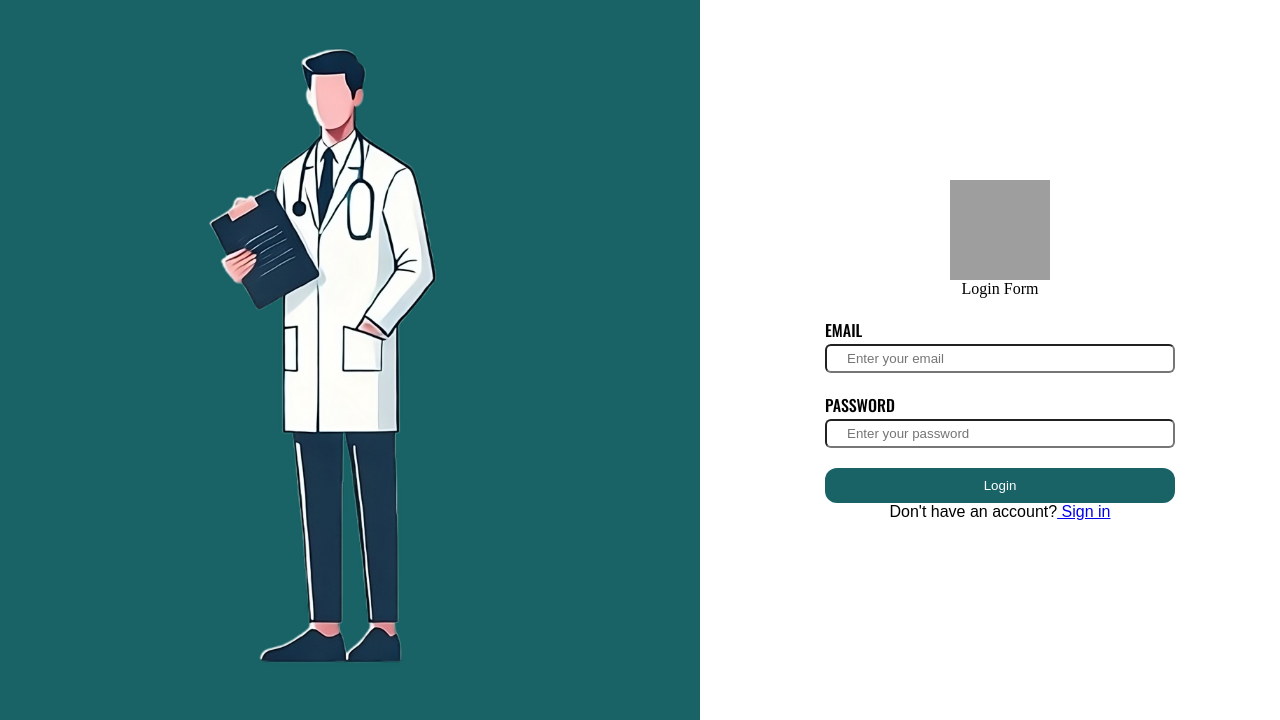
Repository: AriaFantom/Minor-Project
Page: http://localhost/Project/login.jsp
These files come from the project's save history. The page is drawn as it stood at one moment and after the next save; the edit follows.
The browser window is 1280 px wide. The pictures show the whole page.
Pictures or frames that could not be fetched are drawn as grey boxes. Some web fonts or font styles are not loaded; a fallback is used. The page is served by Tomcat 10. Other server files are loaded and not shown.

Above is the page before, as saved 2024-12-01 14:00:06.

### Project/src/main/webapp/login.jsp
<%@ page language="java" contentType="text/html; charset=UTF-8"
    pageEncoding="UTF-8"%>
            <%@page import="java.sql.*" %>

<!DOCTYPE html>
<html lang="en">
<head>
    <meta charset="UTF-8">
    <title>Title</title>
    <link rel="stylesheet" href="css/register.css">
</head>
<body>
<main>
    <div class="aside-form">
        <img src="assets/form-side-vector.png" alt="vector">
    </div>
    <div class="form-section">
     <%
            String success = request.getParameter("success");
            if ("true".equalsIgnoreCase(success)) {
        %>
                <div class="alert alert-success">
                    Registration successfully.
                </div>
        <%
            }
        %>
        <%
            String error = request.getParameter("error");
            if ("true".equalsIgnoreCase(error)) {
        %>
                <div class="alert alert-danger">
                    Account Not Found
                </div>
        <%
            }
        %>
        <img src="assets/icons/logo.png" alt="logo">
        <p>Login Form</p>
        <form  method="post" action="LoginServlet">
            <label for="email">Email</label>
            <input type="email" id="email" name="email" placeholder="Enter your email">
            <label for="password">Password</label>
            <input type="password" id="password" name="password" placeholder="Enter your password">
            <button>Login</button>
        </form>
        <p class="form-footer">Don't have an account?<a href="register.jsp"> Sign in </a></p>
    </div>
</main>
</body>
</html>

### Project/src/main/webapp/css/register.css
@charset "UTF-8";

@import url('https://fonts.googleapis.com/css2?family=Oswald:wght@200..700&display=swap');
@import url('https://fonts.googleapis.com/css2?family=Open+Sans:ital,wght@0,300..800;1,300..800&display=swap');
@import url('https://fonts.googleapis.com/css2?family=DM+Serif+Text:ital@0;1&family=PT+Sans:ital,wght@0,400;0,700;1,400;1,700&display=swap');
* {
    box-sizing: border-box;
    margin: 0;
    padding: 0;
}

body {
    margin: 0;
    padding: 0;

}

main {
    display: grid;
    grid-template-columns: 1fr 1fr;
    gap: 20px;
    justify-content: center;
    align-items: center;
    height: 100vh;
}

.form-footer {
	font-family: 'DM Serif Text', sans-serif;
    margin-bottom: 20px;
}

main img {
    width: 100px;
    height: 100px;
}
.form-section {
    display: flex;
    flex-direction: column;
    justify-content: center;
    align-items: center;
    width: 100%;
}

.form-heading {
    font-family: 'Oswald', sans-serif;
    font-size: 2rem;
    margin-bottom: 20px;
    text-transform: uppercase;
}

form {
    display: flex;
    flex-direction: column;
    justify-content: center;
    width: 350px;
}

form label {
    font-family: 'Oswald', sans-serif;
    margin-top: 20px;
    margin-bottom: 2px;
    font-weight: 500;
    text-transform: uppercase;
}
form input {
    font-family: 'DM Serif Text', sans-serif;
    padding: 5px 20px;
    border-radius: 6px;
}

form button {
    font-family: 'DM Serif Text', sans-serif;
    margin-top: 20px;
    padding: 10px;
    background-color: #196366;
    color: #fff;
    border: none;
    cursor: pointer;
    border-radius: 12px;
}

.aside-form {
    background: #196366;
    height: 100%;
    width: 100%;
    display: flex;
    align-items: center;
    justify-content: center;
}

.aside-form img {
    width: 700px;
    height: 700px;
}

After the next save:
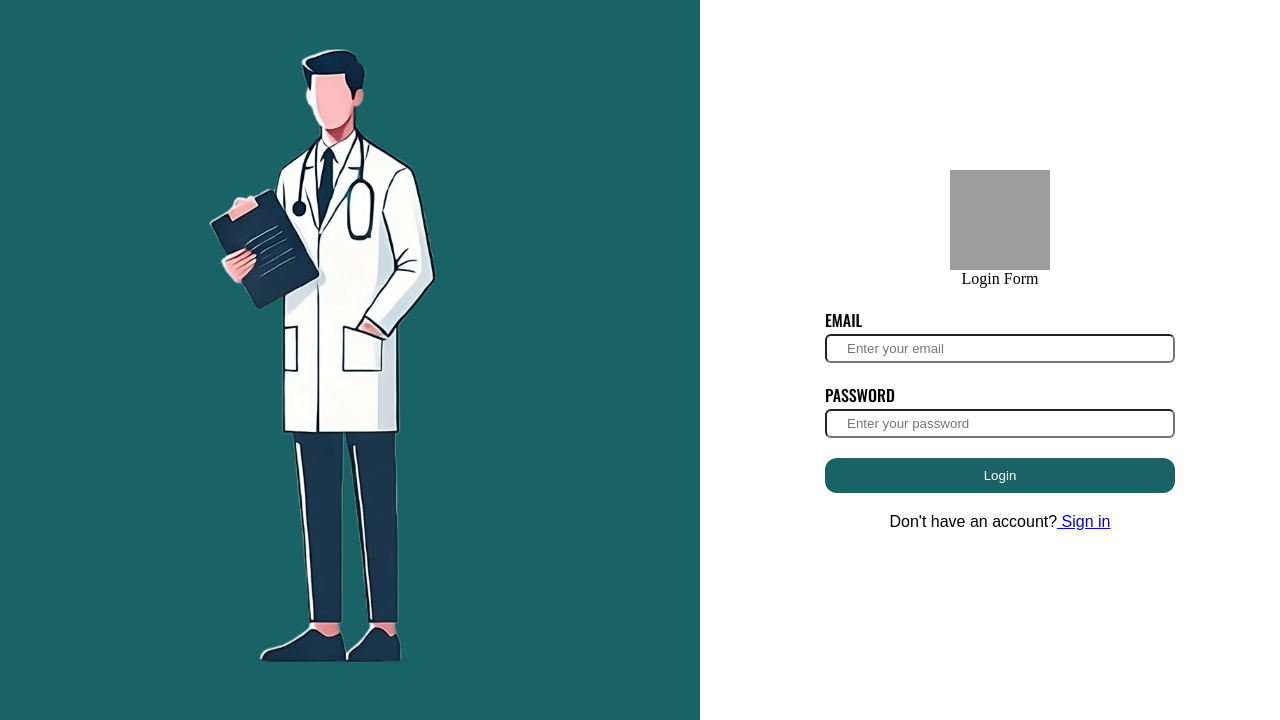
Saved 53 s later.
--- a/Project/src/main/webapp/css/register.css
+++ b/Project/src/main/webapp/css/register.css
@@ -26,7 +26,7 @@ main {
 
 .form-footer {
 	font-family: 'DM Serif Text', sans-serif;
-    margin-bottom: 20px;
+    margin: 20px 0;
 }
 
 main img {
